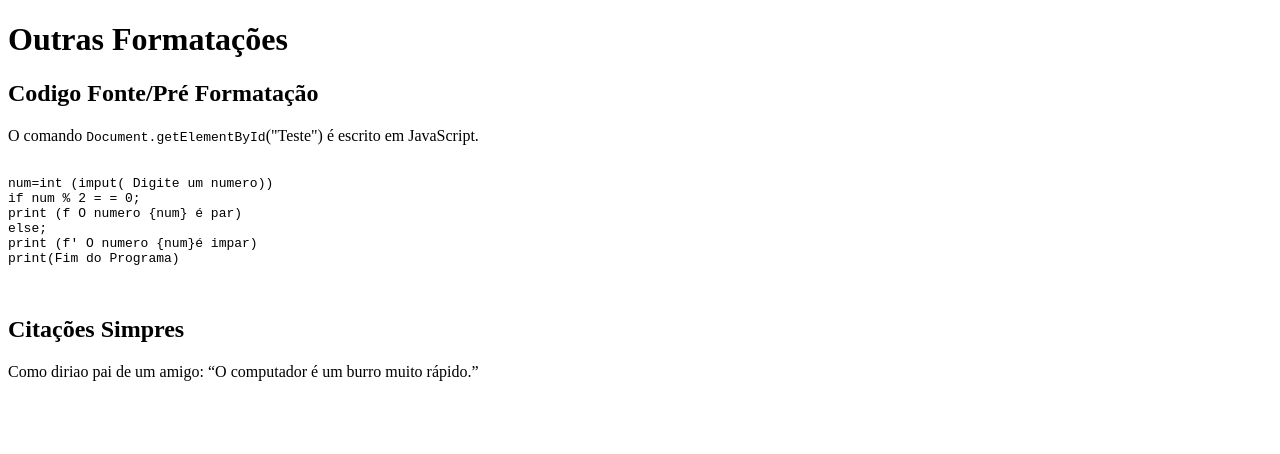
Repository: Guillermomarcon/exercicios
Page: ex009/index.html
An editor plug-in stored every save of this project. The page is shown before and after a run of saves, followed by the edit.
The browser window is 1280 px wide. The pictures show the whole page.

Above is the page before, as saved 2020-12-10 01:39:02.

### ex009/index.html
<!DOCTYPE html>
<html lang="pt-br">
<head>
    <meta charset="UTF-8">
    <meta name="viewport" content="width=device-width, initial-scale=1.0">
    <title>Outras Formatações</title>
</head>
<body>
    <h1>Outras Formatações</h1>
    <h2>Codigo Fonte/Pré Formatação</h2>
    <p>O comando <code>Document.getElementById</code>("Teste") é escrito em JavaScript.</p>
    <p>
        <pre>
            <code>
num=int (imput( Digite um numero))
if num % 2 = = 0;
print (f O numero {num} é par)
else;
print (f' O numero {num}é impar)
print(Fim do Programa)
            </code>
        </pre>
    </p>
    <h2>Citações Simpres</h2>

    <p>Como diriao pai de um amigo: <q>O computador é um burro muito rápido.</q></p>


</body>
</html>

After the next 2 saves:
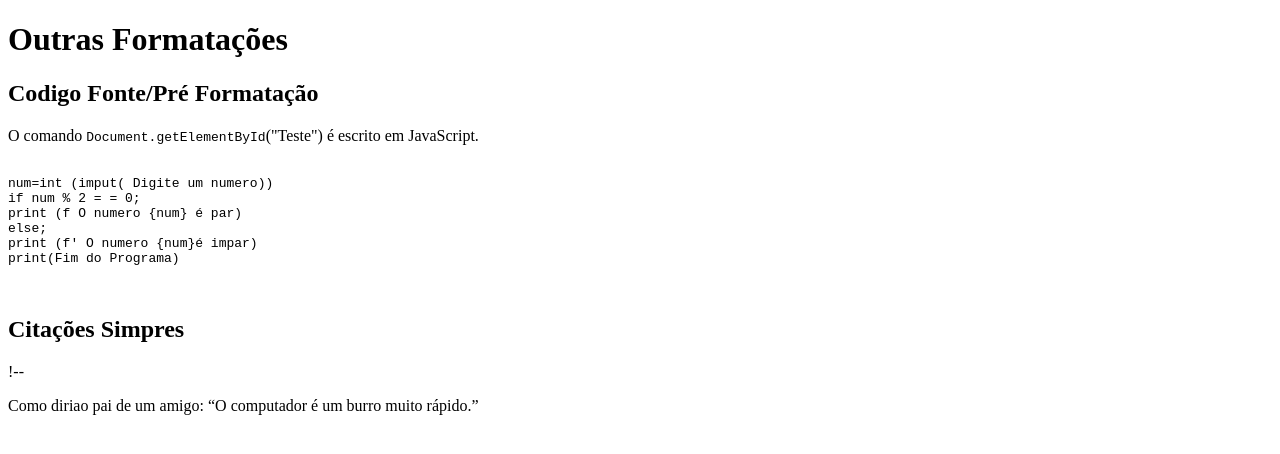
The 2 saves are shown as one change because they came seconds apart.
The last was saved 9 s later.
--- a/ex009/index.html
+++ b/ex009/index.html
@@ -22,7 +22,7 @@
         </pre>
     </p>
     <h2>Citações Simpres</h2>
-
+    !--
     <p>Como diriao pai de um amigo: <q>O computador é um burro muito rápido.</q></p>
 
 

After the 4 saves that followed:
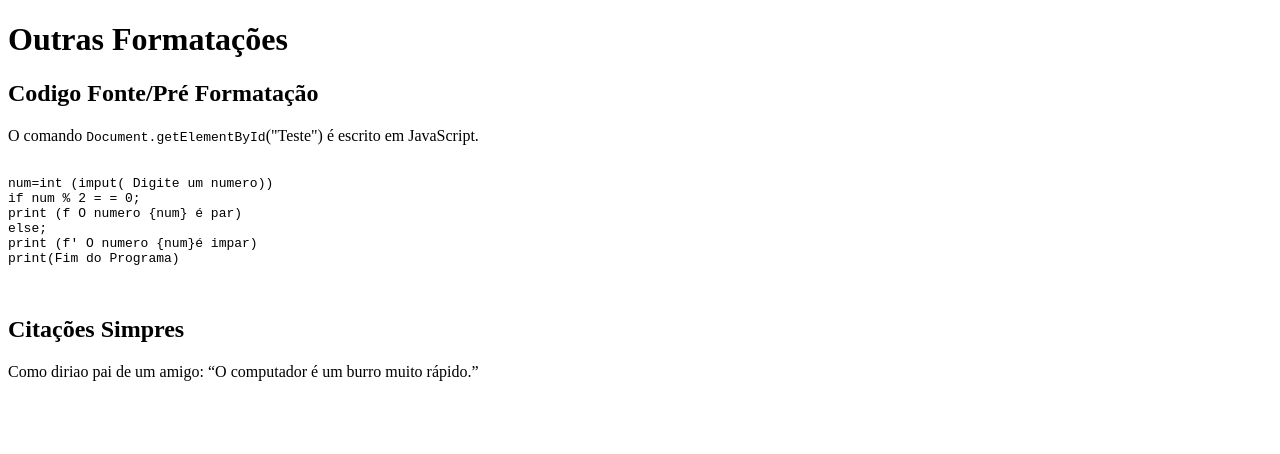
The 4 saves are shown as one change because they came seconds apart.
The last was saved 12 s later.
--- a/ex009/index.html
+++ b/ex009/index.html
@@ -22,7 +22,7 @@
         </pre>
     </p>
     <h2>Citações Simpres</h2>
-    !--
+    <!---->
     <p>Como diriao pai de um amigo: <q>O computador é um burro muito rápido.</q></p>
 
 
